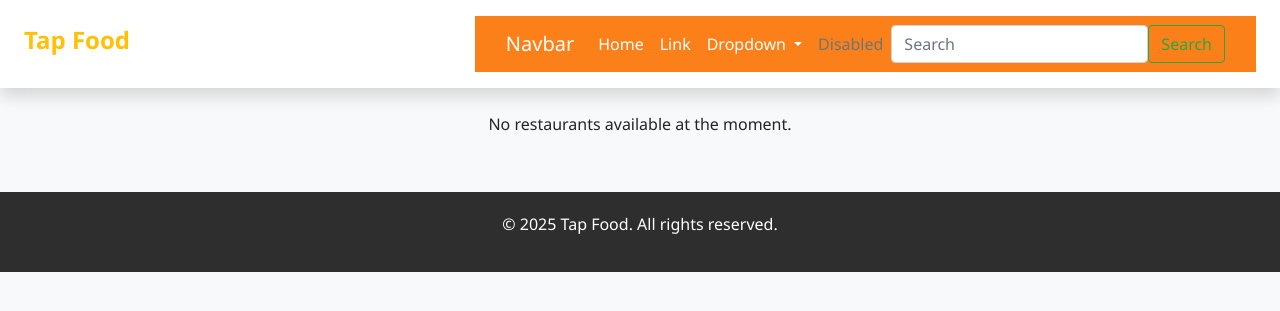
Repository: Rupeswarbhainsa777/Food-Web-App
Page: http://localhost/TapFoodApp/resturent.jsp
The author's editor kept a copy of each file at every save. The page is drawn from the files as they stood at one save, then again after the next save.
The browser window is 1280 px wide. The pictures show the whole page.
The page is served by Tomcat 10. Nobody is signed in. The application's start-up code is not run.

Above is the page before, as saved 2025-04-29 19:33:36.

After the next save:
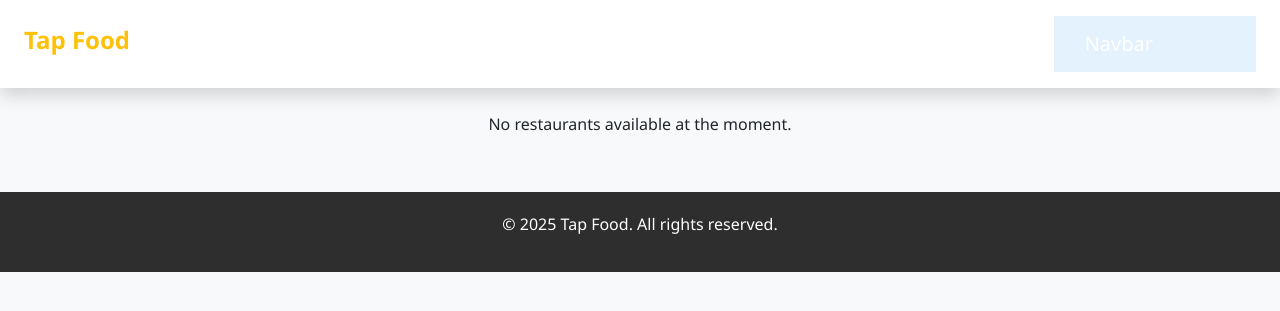
Saved 4 min 21 s later.
--- a/TapFoodApp/src/main/webapp/resturent.jsp
+++ b/TapFoodApp/src/main/webapp/resturent.jsp
@@ -79,7 +79,7 @@
 <!-- Header -->
 <header class="d-flex justify-content-between align-items-center px-4 py-3 shadow bg-white">
     <div class="h4 text-warning font-weight-bold">Tap Food</div>
-   <nav class="navbar navbar-expand-lg bg-body-tertiary">
+  <nav class="navbar" style="background-color: #e3f2fd;" data-bs-theme="light">
   <div class="container-fluid">
     <a class="navbar-brand" href="#">Navbar</a>
     <button class="navbar-toggler" type="button" data-bs-toggle="collapse" data-bs-target="#navbarSupportedContent" aria-controls="navbarSupportedContent" aria-expanded="false" aria-label="Toggle navigation">
